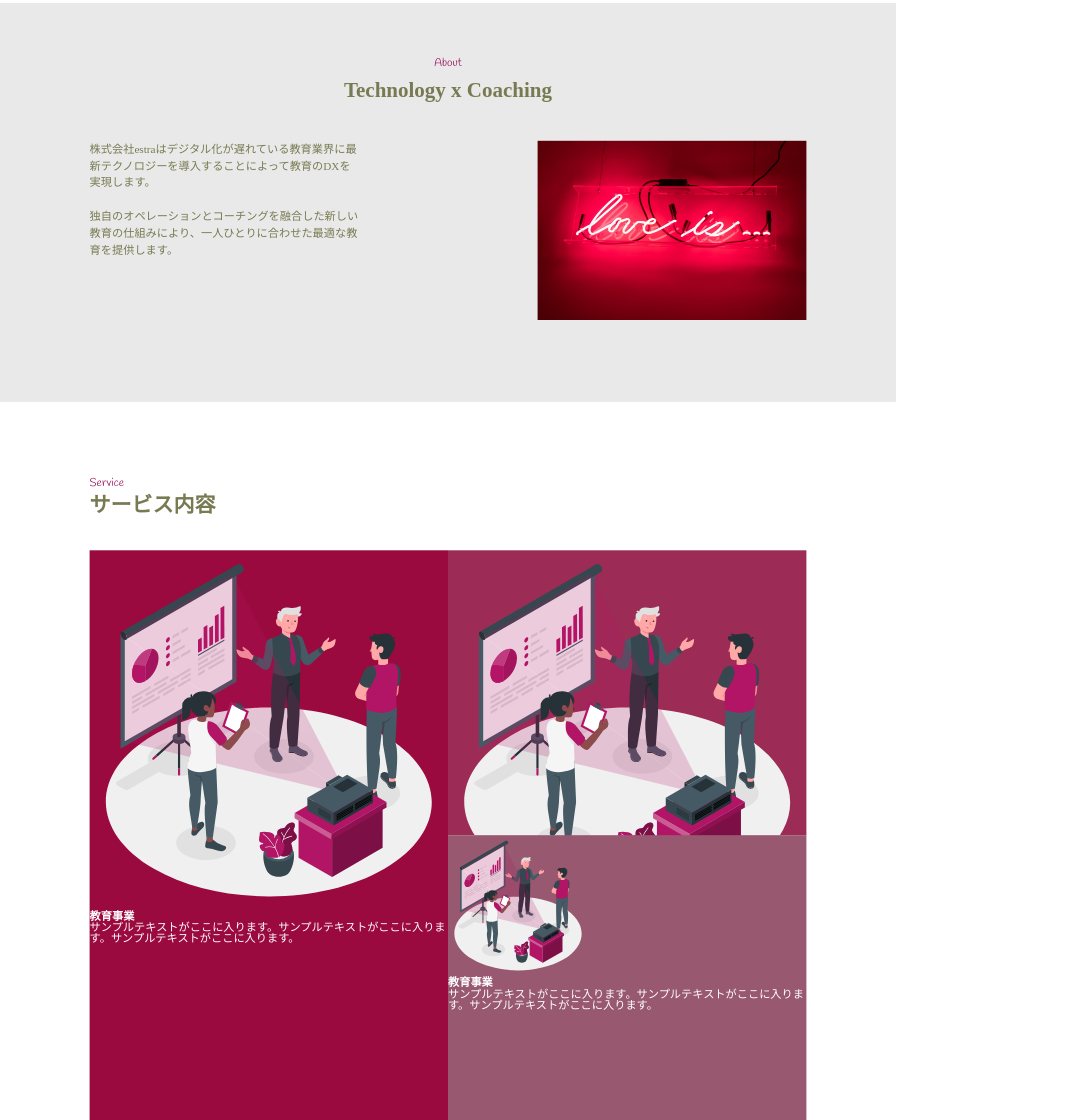
Repository: masanarimiura/20220504miura
Page: index.html
The author's editor kept a copy of each file at every save. The page is drawn from the files as they stood at one save, then again after a run of saves.
The browser window is 1280 px wide. The page is 1536 px wide, so the pictures cover 1536 px, including what lies to the right of the window. The pictures show the part of the page from y = 1133 to 2733 px (the page is 2733 px tall before and 2482 px after), at 70% of full size.
Some web fonts or font styles are not loaded; a fallback is used.

Above is the page before, as saved 2022-05-04 22:11:47.

After the next 2 saves:
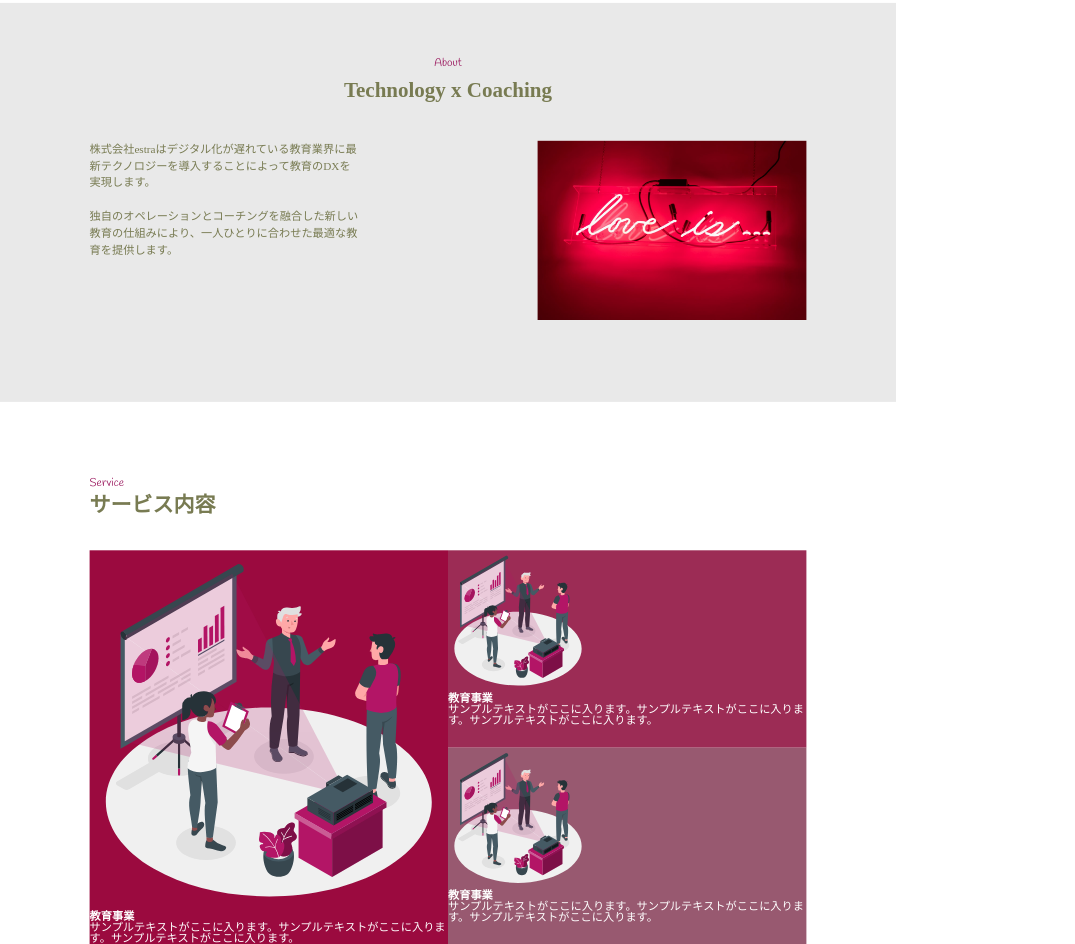
The 2 saves are shown as one change because they came seconds apart.
The last was saved 22 s later.
--- a/css/style.css
+++ b/css/style.css
@@ -138,7 +138,7 @@ a {
   grid-template-columns: 50% 50%;
 }
 .service-box1,
-.service-box2,
+.service-box2 img,
 .service-box3 img {
   width: 200px;
 }
